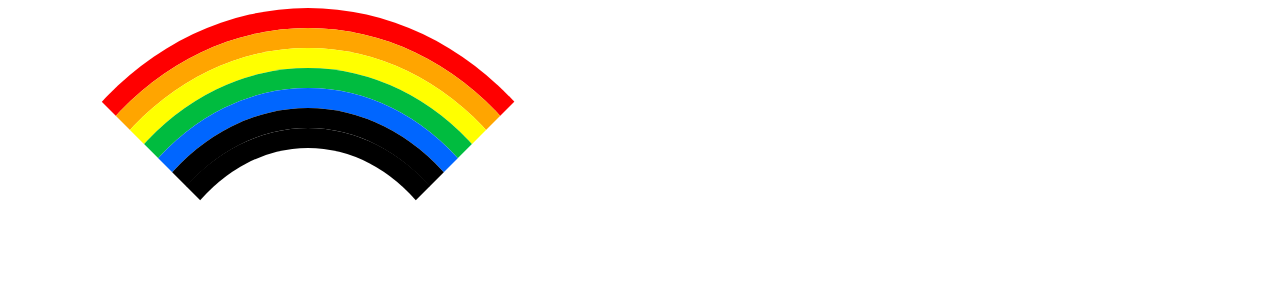
Repository: peterclermy232/phase-0-css-rainbow-lab
Page: index.html
An editor plug-in stored every save of this project. The page is shown before and after the next save, followed by the edit.
The browser window is 1280 px wide. The pictures show the whole page.

Above is the page before, as saved 2022-05-30 08:37:28.

After the next save:
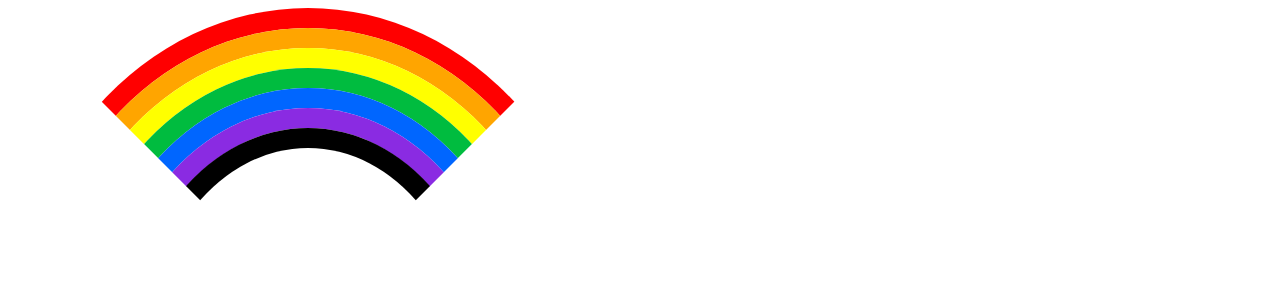
Saved 6 s later.
--- a/main.css
+++ b/main.css
@@ -25,5 +25,5 @@
   border-top-color: #06f;
 }
 #indigo{
-  border-top-color: 8a2be2;
+  border-top-color: #8a2be2;
 }
